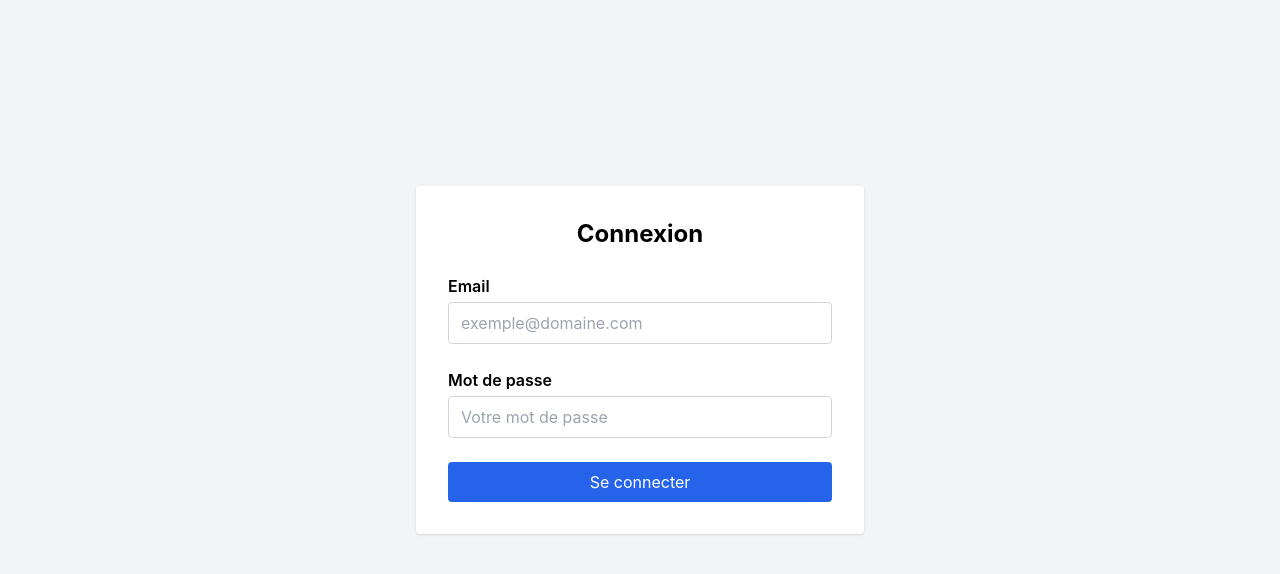
Repository: LeLoustique/majordome-front
Page: /
The author's editor kept a copy of each file at every save. The page is drawn from the files as they stood at one save, then again after the next save.
The browser window is 1280 px wide. The pictures show the whole page.
The project was rebuilt for these pictures with package versions that can differ from the ones it lists, and the page was loaded fresh each time. Also part of the build but not shown: src/Layout.jsx, src/pages/Accueil.jsx, src/pages/Chat.jsx, src/pages/Parametres.jsx. Imported but missing from the stored project, and not drawn on this page: src/auth/AuthProvider.

Above is the page before, as saved 2025-06-13 14:56:48.

After the next save:
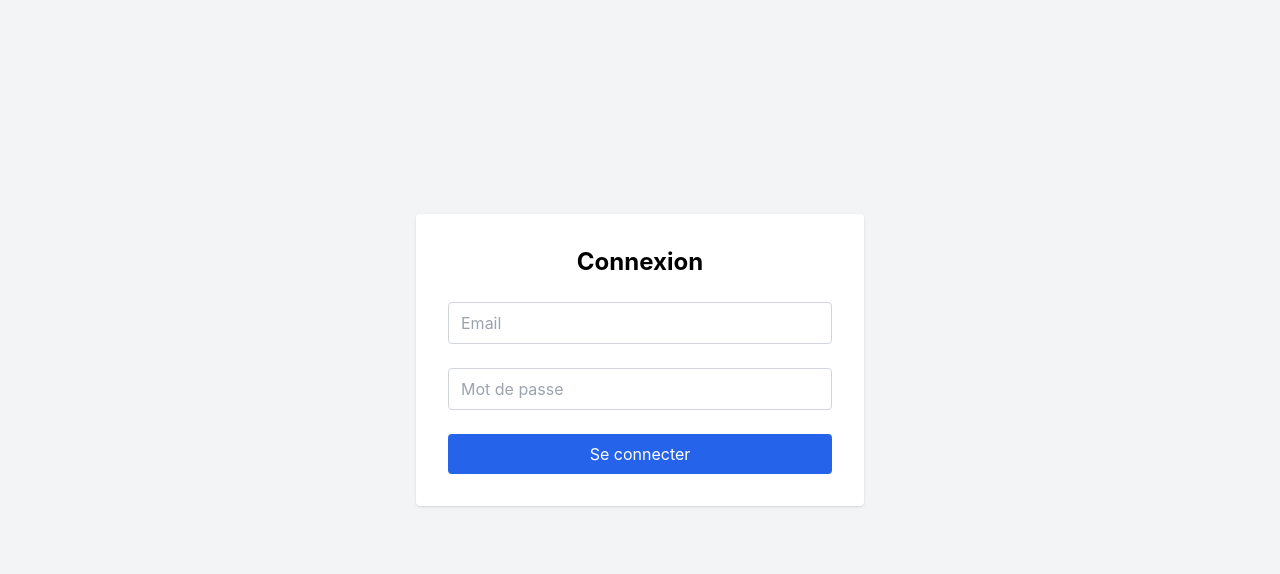
Saved 21 s later.
--- a/src/pages/Login.jsx
+++ b/src/pages/Login.jsx
@@ -1,26 +1,25 @@
 import React, { useState } from "react";
+import { loginUser } from "../api";
 
 export default function Login({ onLogin }) {
   const [email, setEmail] = useState("");
   const [password, setPassword] = useState("");
   const [error, setError] = useState("");
+  const [loading, setLoading] = useState(false);
 
-  const handleSubmit = (e) => {
+  const handleSubmit = async (e) => {
     e.preventDefault();
+    setError("");
+    setLoading(true);
 
-    // Exemple simple de validation
-    if (!email || !password) {
-      setError("Veuillez remplir tous les champs");
-      return;
-    }
-
-    setError("");
-
-    // Simule une authentification
-    if (email === "user@example.com" && password === "password") {
-      onLogin(); // appelle une fonction parent pour mettre à jour l’état connecté
-    } else {
-      setError("Email ou mot de passe incorrect");
+    try {
+      const data = await loginUser(email, password);
+      localStorage.setItem("token", data.token);
+      onLogin();
+    } catch (err) {
+      setError(err.message);
+    } finally {
+      setLoading(false);
     }
   };
 
@@ -34,41 +33,29 @@ export default function Login({ onLogin }) {
         )}
 
         <form onSubmit={handleSubmit} className="space-y-6">
-          <div>
-            <label htmlFor="email" className="block mb-1 font-semibold">
-              Email
-            </label>
-            <input
-              id="email"
-              type="email"
-              className="w-full border border-gray-300 rounded px-3 py-2 focus:outline-none focus:ring-2 focus:ring-blue-500"
-              value={email}
-              onChange={(e) => setEmail(e.target.value)}
-              placeholder="exemple@domaine.com"
-              required
-            />
-          </div>
-
-          <div>
-            <label htmlFor="password" className="block mb-1 font-semibold">
-              Mot de passe
-            </label>
-            <input
-              id="password"
-              type="password"
-              className="w-full border border-gray-300 rounded px-3 py-2 focus:outline-none focus:ring-2 focus:ring-blue-500"
-              value={password}
-              onChange={(e) => setPassword(e.target.value)}
-              placeholder="Votre mot de passe"
-              required
-            />
-          </div>
+          <input
+            type="email"
+            placeholder="Email"
+            className="w-full border border-gray-300 rounded px-3 py-2"
+            value={email}
+            onChange={(e) => setEmail(e.target.value)}
+            required
+          />
+          <input
+            type="password"
+            placeholder="Mot de passe"
+            className="w-full border border-gray-300 rounded px-3 py-2"
+            value={password}
+            onChange={(e) => setPassword(e.target.value)}
+            required
+          />
 
           <button
             type="submit"
+            disabled={loading}
             className="w-full bg-blue-600 text-white py-2 rounded hover:bg-blue-700 transition"
           >
-            Se connecter
+            {loading ? "Connexion..." : "Se connecter"}
           </button>
         </form>
       </div>
